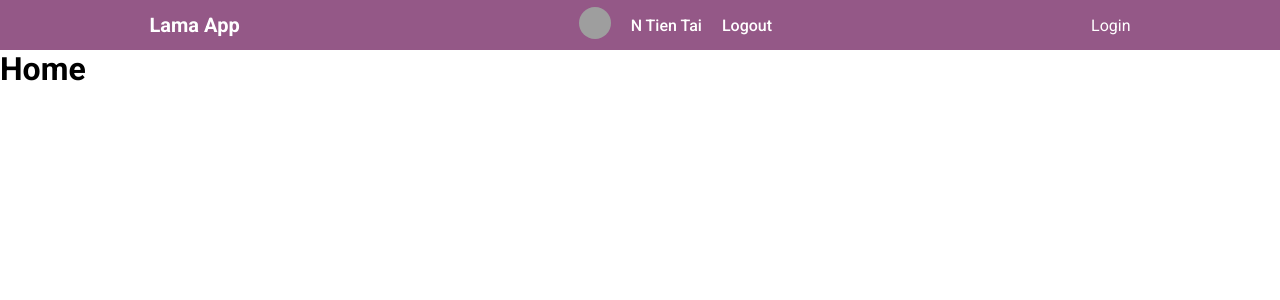
Repository: fdhhhdjd/Authentication-Google-FB-GitHub
Page: / (app in client/)
An editor plug-in stored every save of this project. The page is shown before and after the next save, followed by the edit.
The browser window is 1280 px wide. The pictures show the whole page.
Pictures or frames that could not be fetched are drawn as grey boxes. The project was rebuilt for these pictures with package versions that can differ from the ones it lists, and the page was loaded fresh each time. Also part of the build but not shown: client/src/Pages/Login.js, client/src/Pages/Post.js.

Above is the page before, as saved 2021-12-28 09:23:54.

### client/public/index.html
<!DOCTYPE html>
<html lang="en">
  <head>
    <meta charset="utf-8" />
    <link rel="icon" href="%PUBLIC_URL%/favicon.ico" />
    <meta name="viewport" content="width=device-width, initial-scale=1" />
    <meta name="theme-color" content="#000000" />
    <meta
      name="description"
      content="Web site created using create-react-app"
    />
    <link rel="apple-touch-icon" href="%PUBLIC_URL%/logo192.png" />
    <link
      href="https://fonts.googleapis.com/css2?family=Roboto:wght@100;300;400;500;700;900&display=swap"
      rel="stylesheet"
    />
    <!--
      manifest.json provides metadata used when your web app is installed on a
      user's mobile device or desktop. See https://developers.google.com/web/fundamentals/web-app-manifest/
    -->
    <link rel="manifest" href="%PUBLIC_URL%/manifest.json" />
    <!--
      Notice the use of %PUBLIC_URL% in the tags above.
      It will be replaced with the URL of the `public` folder during the build.
      Only files inside the `public` folder can be referenced from the HTML.

      Unlike "/favicon.ico" or "favicon.ico", "%PUBLIC_URL%/favicon.ico" will
      work correctly both with client-side routing and a non-root public URL.
      Learn how to configure a non-root public URL by running `npm run build`.

    -->
    <style>
      * {
        margin: 0;
        font-family: "Roboto", sans-serif;
      }
    </style>
    <title>Authentication React</title>
  </head>
  <body>
    <noscript>You need to enable JavaScript to run this app.</noscript>
    <div id="root"></div>
    <!--
      This HTML file is a template.
      If you open it directly in the browser, you will see an empty page.

      You can add webfonts, meta tags, or analytics to this file.
      The build step will place the bundled scripts into the <body> tag.

      To begin the development, run `npm start` or `yarn start`.
      To create a production bundle, use `npm run build` or `yarn build`.
    -->
  </body>
</html>

### client/src/App.js
import logo from "./logo.svg";
import "./App.css";
import { BrowserRouter, Routes, Route, Navigate } from "react-router-dom";
import { Home, Navbar, Post, Login } from "./Imports/Index";
function App() {
  return (
    <BrowserRouter>
      <div>
        <Navbar />
        <Routes>
          <Route path="/" element={<Home />} />
          <Route
            path="/login"
            // element={user ? <Navigate to="/" /> : <Login />}
            element={<Login />}
          />
          <Route
            path="/post/:id"
            // element={user ? <Post /> : <Navigate to="/login" />}
            element={<Post />}
          />
        </Routes>
      </div>
    </BrowserRouter>
  );
}

export default App;

### client/src/App.css
.navbar {
  height: 50px;
  background-color: rgba(102, 16, 83, 0.698);
  color: white;
  display: flex;
  align-items: center;
  justify-content: space-around;
}

.logo {
  font-size: 20px;
  font-weight: bold;
}

.list {
  display: flex;
  align-items: center;
  list-style: none;
}

.listItem {
  margin-right: 20px;
  font-weight: 500;
  cursor: pointer;
}

.avatar {
  width: 32px;
  height: 32px;
  border-radius: 50%;
  object-fit: cover;
}

.home {
  display: flex;
  padding: 50px 100px;
  justify-content: space-between;
  flex-wrap: wrap;
}

.card {
  width: 30%;
  padding: 10px;
  border-radius: 20px;
  -webkit-box-shadow: 0px 5px 33px -21px rgba(66, 68, 90, 1);
  -moz-box-shadow: 0px 5px 33px -21px rgba(66, 68, 90, 1);
  box-shadow: 0px 5px 33px -21px rgba(66, 68, 90, 1);
}

.img {
  width: 100%;
  height: 200px;
  object-fit: cover;
  margin: 20px 0px;
}

.desc {
  color: #333;
  margin-bottom: 20px;
  line-height: 25px;
}

.cardButton {
  border: none;
  border-radius: 10px;
  background-color: rgba(53, 16, 102, 0.678);
  padding: 10px;
  color: white;
  font-weight: bold;
  cursor: pointer;
}

.post {
  display: flex;
  flex-direction: column;
  align-items: center;
}

.postImg {
  width: 100%;
  height: 300px;
  object-fit: cover;
  margin-bottom: 20px;
}

.postDesc {
  padding: 0 100px;
  font-size: 24px;
  font-weight: 300;
  color: gray;
  margin-top: 50px;
}

.postLongDesc {
  padding: 100px;
  padding-top: 50px;
  font-size: 18px;
  line-height: 24px;
}

.login {
  height: calc(100vh - 50px);
  display: flex;
  align-items: center;
  justify-content: center;
}

.wrapper {
  width: 60%;
  height: 75%;
  -webkit-box-shadow: 0px 5px 33px -21px rgba(66, 68, 90, 1);
  -moz-box-shadow: 0px 5px 33px -21px rgba(66, 68, 90, 1);
  box-shadow: 0px 5px 33px -21px rgba(66, 68, 90, 1);
  display: flex;
  align-items: center;
  border-radius: 20px;
}


.left,.right{
  flex: 1;
  display: flex;
  flex-direction: column;
  align-items: center;
}

.center{
  height: 100%;
  display: flex;
  align-items: center;
  justify-content: center;
  position: relative;
}

.or{
  border: 2px solid lightgray;
  border-radius: 50%;
  padding: 10px;
  color: gray;
  background-color: white;
  font-weight: bold;
}

.line{
  width: 0.5px;
  height: 70%;
  background-color: lightgray;
  position: absolute;
  top: 0;
  bottom: 0;
  left: 0;
  right: 0;
  margin: auto;
  z-index: -1;
}

.loginButton{
  width: 150px;
  padding: 15px 25px;
  border-radius: 5px;
  color: white;
  display: flex;
  align-items: center;
  font-weight: bold;
  margin-bottom: 20px;
  cursor: pointer;
}

.google{
  background-color: #df4930;
}
.facebook{
  background-color: #507cc0;
}
.github{
  background-color: black;
}

.icon{
  width: 20px;
  height: 20px;
  margin-right: 10px;
}

input{
  width: 200px;
  padding: 15px 20px;
  margin-bottom: 20px;
}

.submit{
  width: 200px;
  background-color: rgba(128, 0, 128, 0.671);
  color: white;
  font-weight: bold;
  border: none;
  padding: 15px 20px;
  border-radius: 5px;
}

.loginTitle{
  position: absolute;
  top: 150px;
  color:lightgray
}

.link{
  color: inherit;
  text-decoration: none;
}

@media screen and (max-width: 992px) {
  .card {
    width: 100%;
    margin-bottom: 50px;
  }

  .wrapper {
    width: 65%;
    height: 90%;
    flex-direction: column;
  }

  .loginTitle {
    display: none;
  }

  .center {
    width: 100%;
    position: relative;
  }

  .left {
    padding: 20px;
  }

  .right {
    padding: 20px;
  }

  .line {
    height: 0.5px;
    width: 300px;
  }
}

### client/src/Imports/Index.js
export { default as Navbar } from "../Components/Navbar";
export { default as Card } from "../Components/Card";
export { default as Home } from "../Pages/Home";
export { default as Login } from "../Pages/Login";
export { default as Post } from "../Pages/Post";

### client/src/Components/Navbar.js
import React from "react";
import { Link } from "react-router-dom";
const Navbar = () => {
  const handleLogout = () => {};
  return (
    <>
      <div className="navbar">
        <span className="logo">
          <Link className="link" to="/">
            Lama App
          </Link>
        </span>

        <ul className="list">
          <li className="listItem">
            {/* <img src={user.photos[0].value} alt="" className="avatar" /> */}
            <img
              src="https://scontent.fsgn2-6.fna.fbcdn.net/v/t1.6435-1/c0.80.240.240a/p240x240/190801150_3047073538840591_1241117089856663372_n.jpg?_nc_cat=100&ccb=1-5&_nc_sid=7206a8&_nc_ohc=xnYWSqjvTl4AX9RY_UY&_nc_ht=scontent.fsgn2-6.fna&oh=00_AT-1E-96WzLB7pj7W7bDKwwLN7vtbE5gzAd_jzOv_Jfuyg&oe=61F16B9E"
              alt=""
              className="avatar"
            />
          </li>
          {/* <li className="listItem">{user.displayName}</li> */}
          <li className="listItem">N Tien Tai</li>
          <li className="listItem" onClick={handleLogout}>
            Logout
          </li>
        </ul>

        <Link className="link" to="login">
          Login
        </Link>
      </div>
    </>
  );
};

export default Navbar;

Loaded but not shown: client/src/index.js (common file); client/src/index.css (common file); client/src/reportWebVitals.js (common file); client/src/Pages/Home.js (common file); client/src/Components/Card.js (no stored copy; drawn as an empty file)

After the next save:
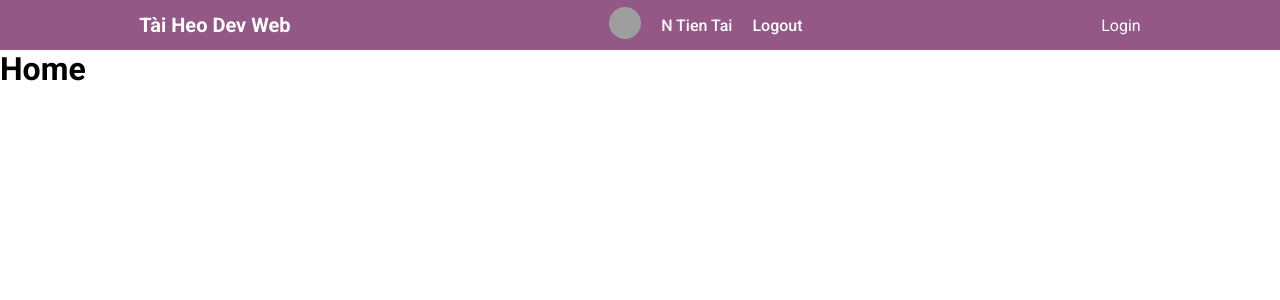
Saved 19 s later.
--- a/client/src/Components/Navbar.js
+++ b/client/src/Components/Navbar.js
@@ -7,7 +7,7 @@ const Navbar = () => {
       <div className="navbar">
         <span className="logo">
           <Link className="link" to="/">
-            Lama App
+            Tài Heo Dev Web
           </Link>
         </span>
 
